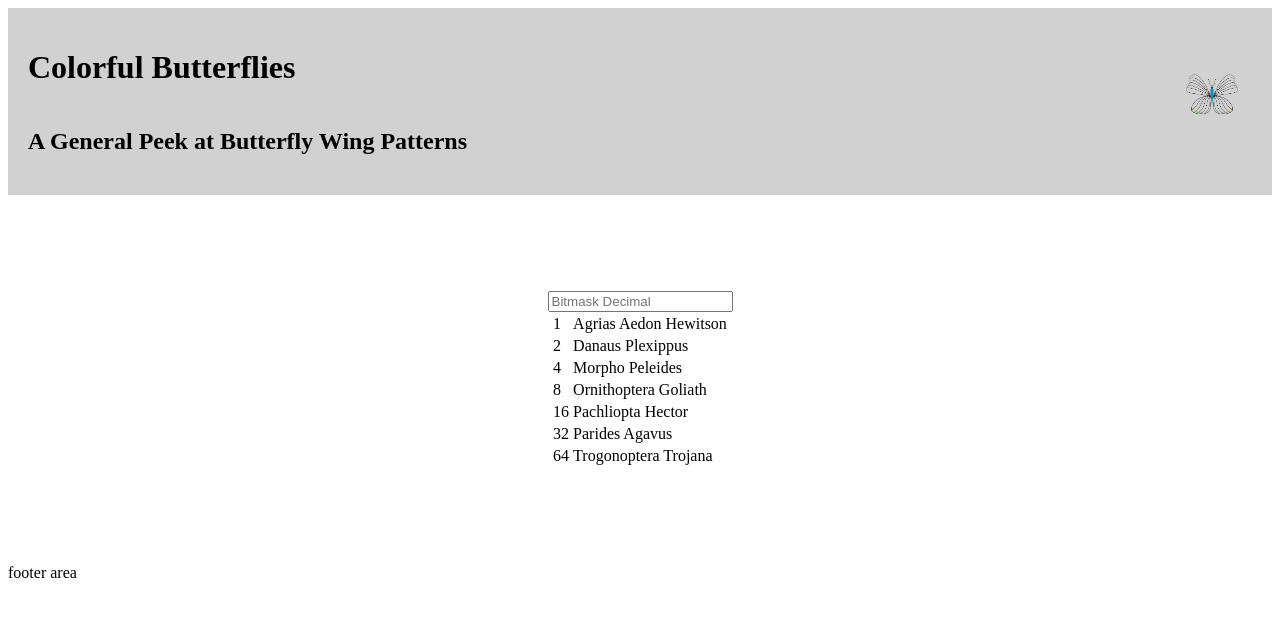
Repository: MeowCeline00/assessment-2
Page: /
The author's editor kept a copy of each file at every save. The page is drawn from the files as they stood at one save, then again after a run of saves.
The browser window is 1280 px wide. The pictures show the whole page.
The project was rebuilt for these pictures with package versions that can differ from the ones it lists, and the page was loaded fresh each time. The framework's server and built-in components were replaced by stand-ins that run in the browser. Also part of the build but not shown: next.config.mjs.

Above is the page before, as saved 2024-02-07 21:54:14.

### pages/index.js
import Head from "next/head";
import { useState } from "react";
import styles from "@/styles/Home.module.css";
import Header from "@/Components/Header";


export default function Home() {

  // Butterfly Patterns
  const classFilters = {
    //key : value
    1: 'Agrias Aedon Hewitson',
    2: 'Danaus Plexippus',
    4: 'Morpho Peleides',
    8: 'Ornithoptera Goliath',
    16: 'Pachliopta Hector',
    32: 'Parides Agavus',
    64: 'Trogonoptera Trojana'
  }

  const [input, setInput] = useState();
                                    // 3
                                    // 2 & 2 Remainder 1
                                    // 1 & 1 Remainder 0
                                    // 9
                                    // 8 & 8 Remainder 1
                                    // 1 & 1 Remainder 0
  const getClassStyle = flagValue => (input & flagValue) > 0 ? {backgroundColor: 'yellow'} : null;

  return (
    <>
      <Head>
        <title>General View of Butterfly Wing Patterns</title>
        <meta name="description" content="General View of Butterfly Wing Patterns" />
        <meta name="viewport" content="width=device-width, initial-scale=1" />
        <link rel="icon" href="/butt_favicon.ico" />
      </Head>
      <Header />
      <main className={`${styles.main}`}>
       <input
       id="input"
       type="text"
       placeholder='Bitmask Decimal'
       value={input}
       onChange={event => setInput(event.target.value)}
       />
       <table>
        <tbody>
          {
            Object.keys(classFilters).map(item => (
              <tr key={item} style={getClassStyle(item)}>
                <td>{item}</td>
                <td>{classFilters[item]}</td>
              </tr>
            ))
          }
        </tbody>
       </table>
      </main>
      <footer>footer area</footer>
    </>
  );
}

### styles/Home.module.css
.main {
  display: flex;
  flex-direction: column;
  justify-content: space-between;
  align-items: center;
  padding: 6rem;
  min-height: 20vh;
}

### Components/Header/index.js
import Image from 'next/image';
import styles from './Header.module.css';

export default function Header() {
    return (
        <header className={styles.header}>
            <div className={styles.titleArea}>
                <h1> Colorful Butterflies</h1>
                <h2> A General Peek at Butterfly Wing Patterns</h2>
            </div>
            <div className={styles.logoArea}>
                <img src={"/logo.png"} alt="Butterfly Logo" width={80} />
            </div>
        </header>
    );
}

### Components/Header/Header.module.css
.header {
    display: flex;
    justify-content: space-between;
    align-items: center;
    padding: 20px;
    background-color: #d1d1d1;
}

.titleArea {
    display: flex;
    flex-direction: column;
}

.titleArea h1

.logoArea {
  display: flex;
  padding: 20px;
}

Loaded but not shown: pages/_app.js (common file); pages/_document.js (common file); pages/api/hello.js (common file); styles/globals.css (common file)

After the next 3 saves:
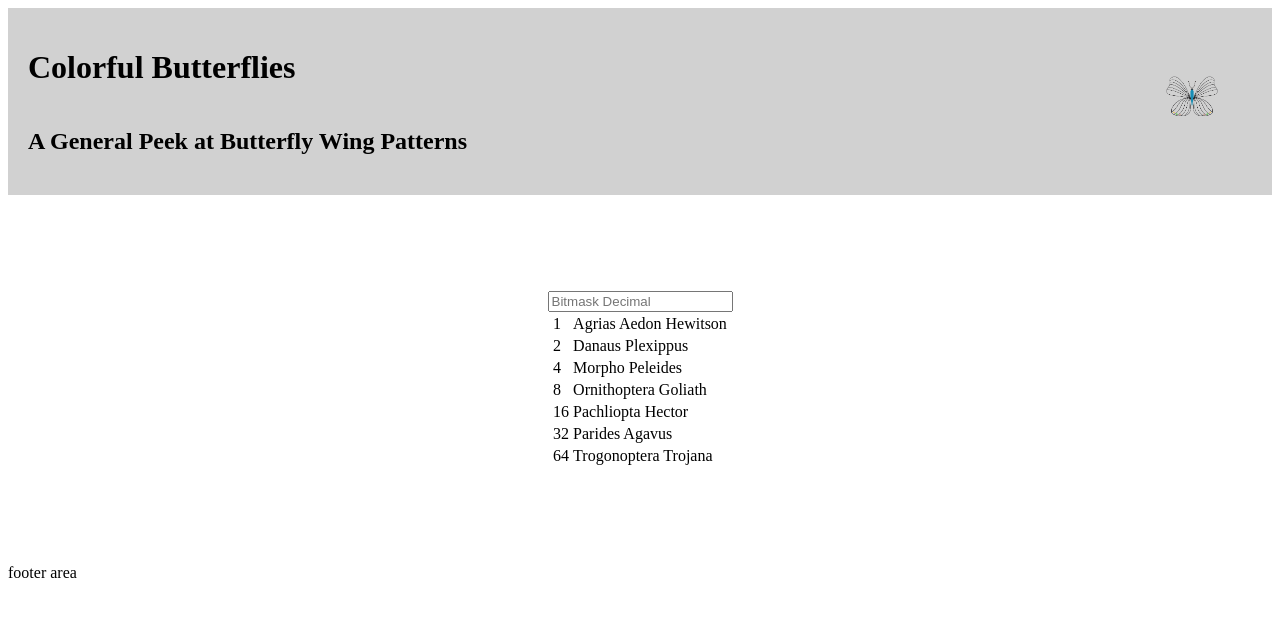
The 3 saves are shown as one change because they came seconds apart.
The last was saved 6 s later.
--- a/Components/Header/Header.module.css
+++ b/Components/Header/Header.module.css
@@ -11,7 +11,9 @@
     flex-direction: column;
 }
 
-.titleArea h1
+.titleArea h1 {
+    color: ;
+}
 
 .logoArea {
   display: flex;
